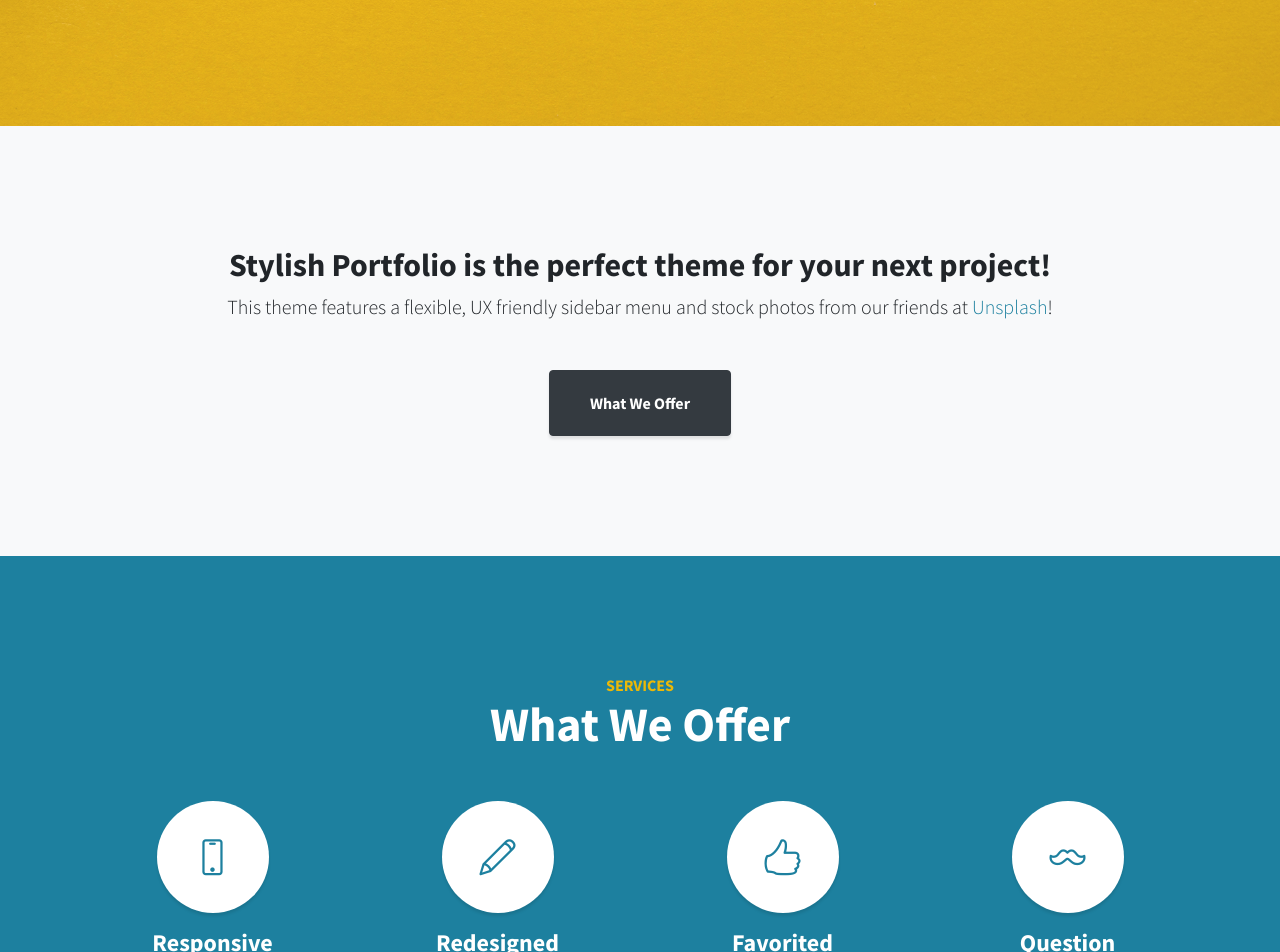
Repository: seungminlll3420/ruby_on_rails
Page: 가족/index.html
The author's editor kept a record of every edit. The page is drawn from the files as they stood at one moment, then again after the next edit.
The browser window is 1280 px wide. The pictures show the part of the page from y = 594 to 1546 px (the page is 4677 px tall before and 2965 px after).

Above is the page before.

After the next edit:
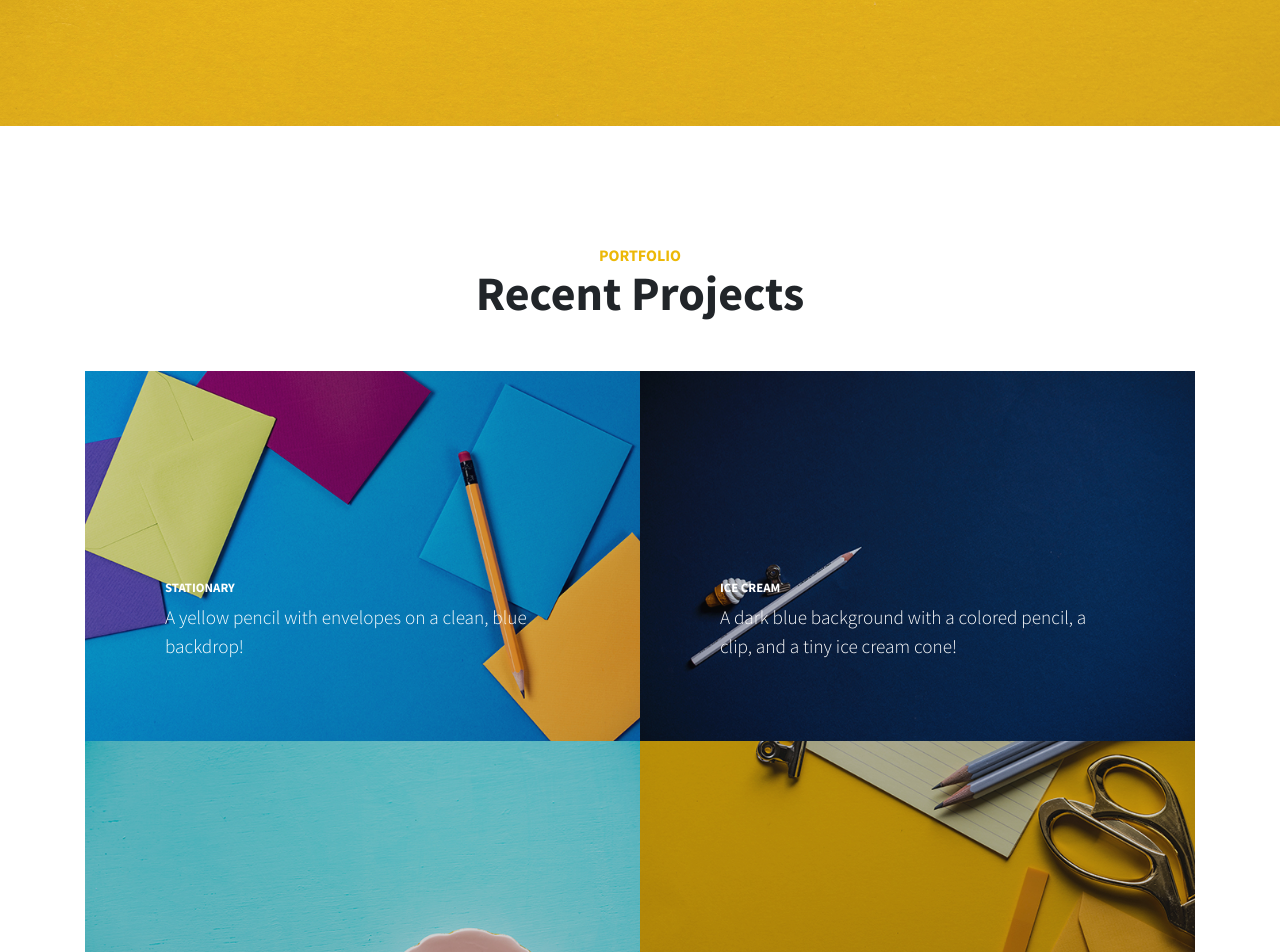
The edit:
--- a/가족/index.html
+++ b/가족/index.html
@@ -65,78 +65,13 @@
   </header>
 
   <!-- About -->
-  <section class="content-section bg-light" id="about">
-    <div class="container text-center">
-      <div class="row">
-        <div class="col-lg-10 mx-auto">
-          <h2>Stylish Portfolio is the perfect theme for your next project!</h2>
-          <p class="lead mb-5">This theme features a flexible, UX friendly sidebar menu and stock photos from our friends at
-            <a href="https://unsplash.com/">Unsplash</a>!</p>
-          <a class="btn btn-dark btn-xl js-scroll-trigger" href="#services">What We Offer</a>
-        </div>
-      </div>
-    </div>
-  </section>
+
 
   <!-- Services -->
-  <section class="content-section bg-primary text-white text-center" id="services">
-    <div class="container">
-      <div class="content-section-heading">
-        <h3 class="text-secondary mb-0">Services</h3>
-        <h2 class="mb-5">What We Offer</h2>
-      </div>
-      <div class="row">
-        <div class="col-lg-3 col-md-6 mb-5 mb-lg-0">
-          <span class="service-icon rounded-circle mx-auto mb-3">
-            <i class="icon-screen-smartphone"></i>
-          </span>
-          <h4>
-            <strong>Responsive</strong>
-          </h4>
-          <p class="text-faded mb-0">Looks great on any screen size!</p>
-        </div>
-        <div class="col-lg-3 col-md-6 mb-5 mb-lg-0">
-          <span class="service-icon rounded-circle mx-auto mb-3">
-            <i class="icon-pencil"></i>
-          </span>
-          <h4>
-            <strong>Redesigned</strong>
-          </h4>
-          <p class="text-faded mb-0">Freshly redesigned for Bootstrap 4.</p>
-        </div>
-        <div class="col-lg-3 col-md-6 mb-5 mb-md-0">
-          <span class="service-icon rounded-circle mx-auto mb-3">
-            <i class="icon-like"></i>
-          </span>
-          <h4>
-            <strong>Favorited</strong>
-          </h4>
-          <p class="text-faded mb-0">Millions of users
-            <i class="fas fa-heart"></i>
-            Start Bootstrap!</p>
-        </div>
-        <div class="col-lg-3 col-md-6">
-          <span class="service-icon rounded-circle mx-auto mb-3">
-            <i class="icon-mustache"></i>
-          </span>
-          <h4>
-            <strong>Question</strong>
-          </h4>
-          <p class="text-faded mb-0">I mustache you a question...</p>
-        </div>
-      </div>
-    </div>
-  </section>
+
 
   <!-- Callout -->
-  <section class="callout">
-    <div class="container text-center">
-      <h2 class="mx-auto mb-5">Welcome to
-        <em>your</em>
-        next website!</h2>
-      <a class="btn btn-primary btn-xl" href="https://startbootstrap.com/template-overviews/stylish-portfolio/">Download Now!</a>
-    </div>
-  </section>
+
 
   <!-- Portfolio -->
   <section class="content-section" id="portfolio">
